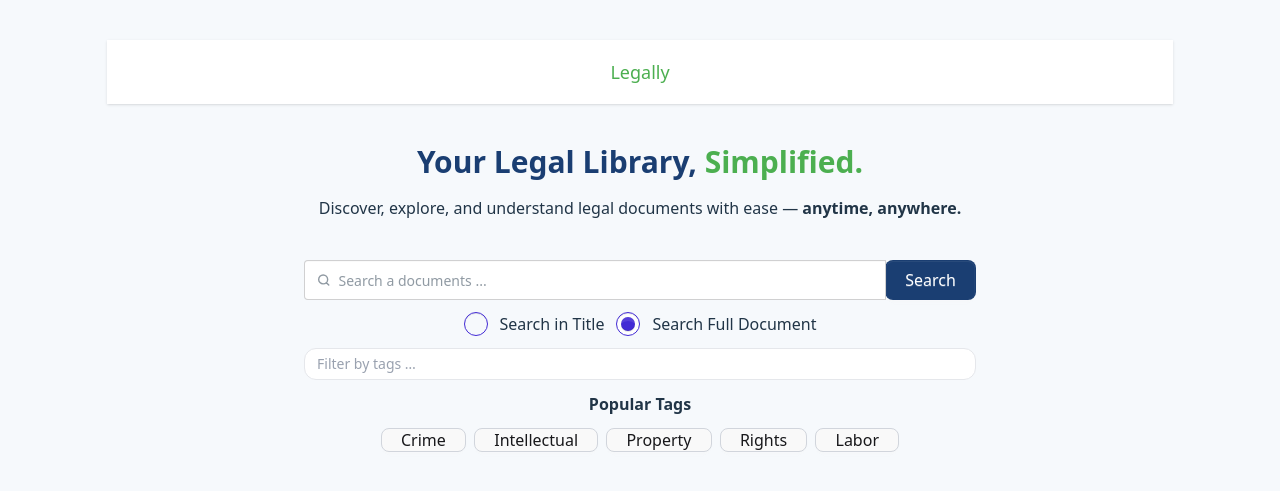
Repository: OdinPie/legal-search-acmeai
Page: / (app in legal-frontend/)
An editor plug-in stored every save of this project. The page is shown before and after the next save, followed by the edit.
The browser window is 1280 px wide. The pictures show the whole page.
The project was rebuilt for these pictures with package versions that can differ from the ones it lists, and the page was loaded fresh each time. Also part of the build but not shown: legal-frontend/vite.config.js.

Above is the page before, as saved 2025-11-06 04:05:34.

After the next save:
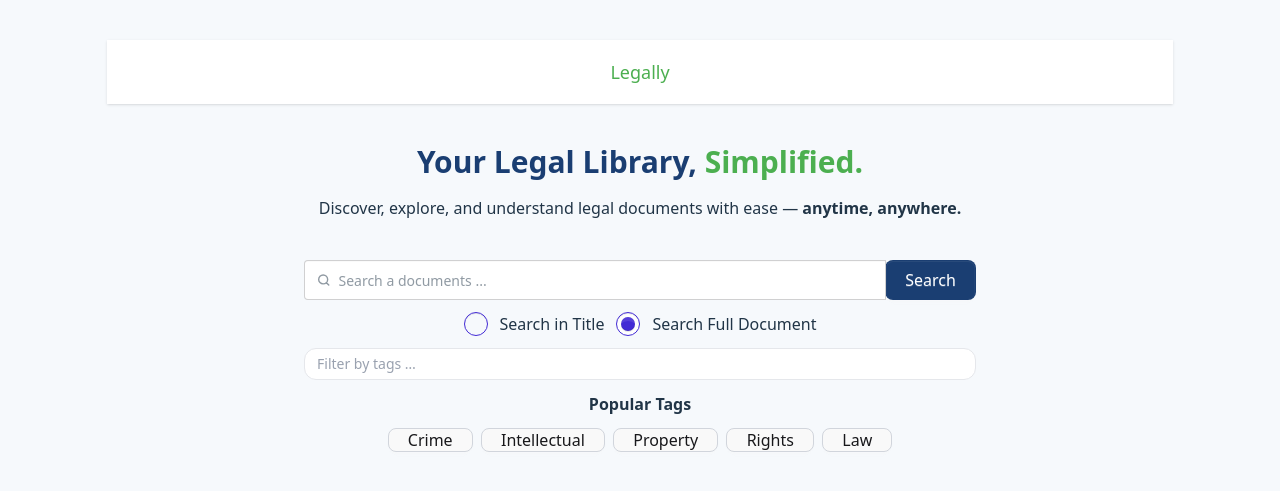
Saved 3 s later.
--- a/legal-frontend/src/components/TagBar.jsx
+++ b/legal-frontend/src/components/TagBar.jsx
@@ -1,7 +1,7 @@
 import { useState, useRef } from "react";
 
 const maxTags = 5;
- const suggetions = ["Crime", "Intellectual", "Property", "Rights", "Labor"];
+ const suggetions = ["Crime", "Intellectual", "Property", "Rights", "Law"];
 
 export default function TagBar({ value = [], onChange }) {
   const [input, setInput] = useState("");
